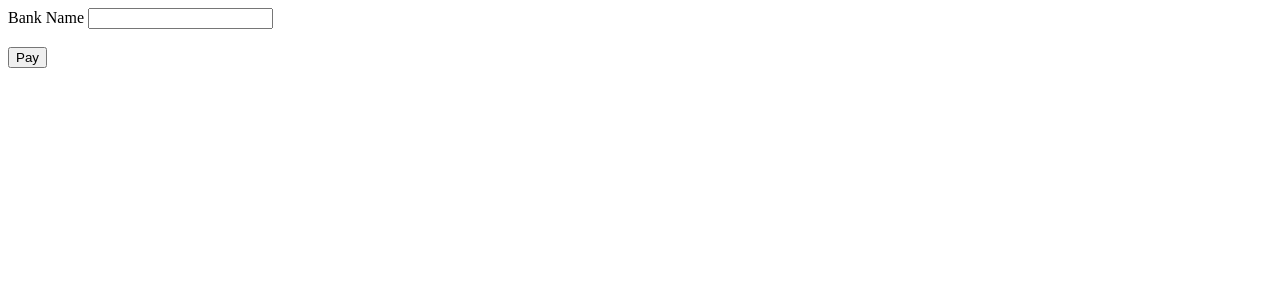
Repository: SwatiJajoriya/JPAForeignKey
Page: http://localhost/SportyShoes/buyshoe.jsp
The author's editor kept a copy of each file at every save. The page is drawn from the files as they stood at one save, then again after the next save.
The browser window is 1280 px wide. The pictures show the whole page.
The page is served by Tomcat 9.

Above is the page before, as saved 2023-01-29 11:09:58.

After the next save:
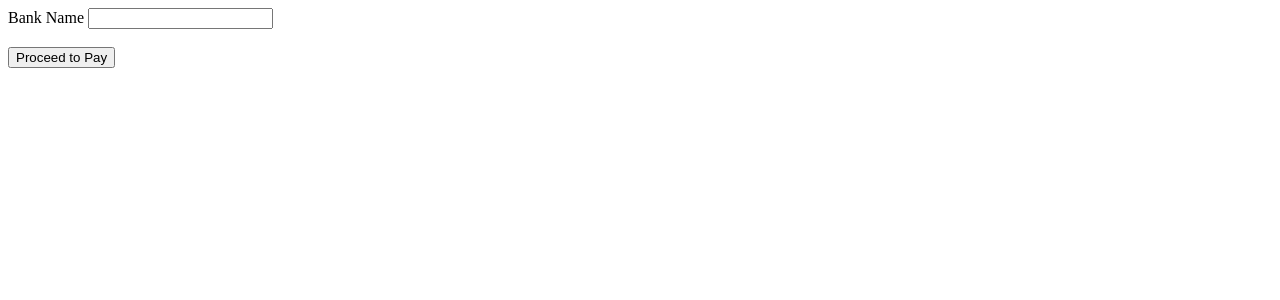
Saved 11 s later.
--- a/SportyShoes/src/main/webapp/buyshoe.jsp
+++ b/SportyShoes/src/main/webapp/buyshoe.jsp
@@ -12,7 +12,7 @@
 
 Bank Name <input type="text" name="name"><br><br>
 
-<input type="submit" value="Pay">
+<input type="submit" value="Proceed to Pay">
 
 </form>
 </body>
